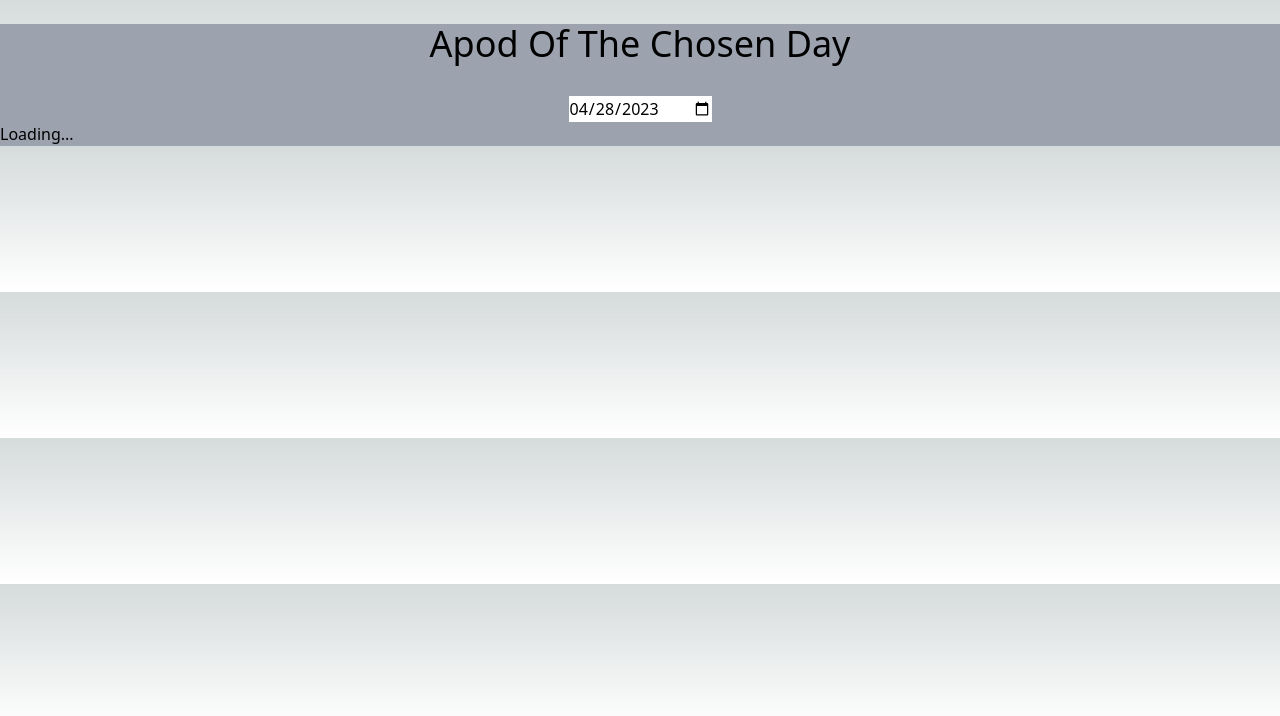
Repository: sercanisli/NasaApod
Page: /
These files come from the project's save history. The page is drawn as it stood at one moment and after the next save; the edit follows.
The browser window is 1280 px wide. The pictures show the whole page.
The page's requests for data from a server got no answer. The project was rebuilt for these pictures with package versions that can differ from the ones it lists, and the page was loaded fresh each time. The framework's server and built-in components were replaced by stand-ins that run in the browser. No one was signed in, and anything a server would have sent is missing. Also part of the build but not shown: next.config.js.

Above is the page before, as saved 2023-05-12 02:14:09.

After the next save:
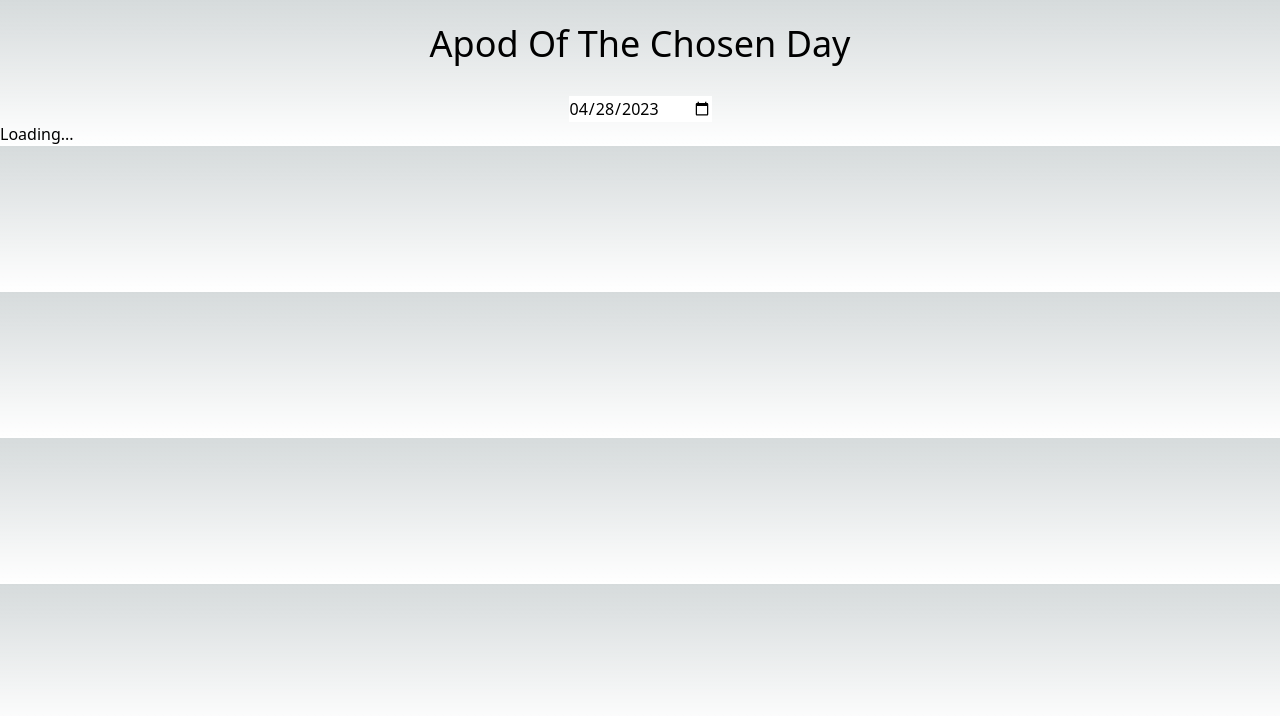
Saved 29 s later.
--- a/pages/index.js
+++ b/pages/index.js
@@ -10,7 +10,7 @@ const HomePage = () => {
   };
 
   return (
-    <div className="bg-gray-400">
+    <div >
       <DateSelector onDateSelected={handleDateSelected} />
       <Apod date={selectedDate} />
     </div>
